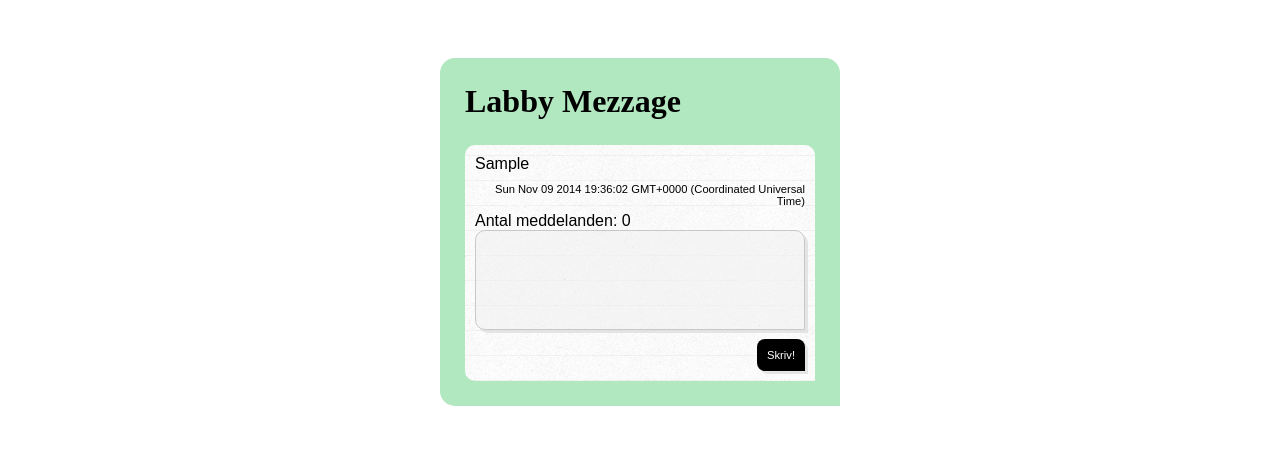
Repository: lw222gu/1dv403-laborationer
Page: 2-labbymezzage/index.html
The author's editor kept a record of every edit. The page is drawn from the files as they stood at one moment, then again after the next edit.
The browser window is 1280 px wide. The pictures show the whole page.
Empty fields were first filled with sample values (such as "Sample", 5 or name@example.com).
After loading, the first visible `#button` was clicked once.
Some web fonts or font styles are not loaded; a fallback is used.

Above is the page before.

### 2-labbymezzage/index.html
<!doctype html>
<html lang = "sv">
    <head>
        <meta charset="utf-8" />
        <meta name="viewport" content="width=device-width, initial-scale=1.0" />
        <title>Labby Mezzage</title>

        <!-- Main CSS -->
        <link rel="stylesheet" href="css/style.css" />

        <!-- Fonts -->
        <link href='//fonts.googleapis.com/css?family=Shadows+Into+Light+Two' rel='stylesheet' type='text/css'>

        <!-- JavaScript -->
        <script src="mainscript.js"></script>
        <script src="message.js"></script>

    </head>

    <body>

        <div id="container">
            <header>
                <h1>Labby Mezzage</h1>
            </header>

            <main>
                <div id="messages">
<!--                <ul>
                        <li>Ett testinlägg för att kunna skriva css:en för listor och listelement.</li>
                        <li>Ett testinlägg för att kunna skriva css:en för listor och listelement.</li>
                    </ul>
-->
                </div>
                <div id="counter"></div>
                <textarea id="textbox"></textarea>
                <input id="button" type="submit" value="Skriv!" />
            </main>
        </div>

    </body>
</html>

### 2-labbymezzage/css/style.css
body {
    font-size: 1em;
    padding-top:50px;
    font-family:Arial, sans-serif;
}

#container {
    max-width: 350px;
    margin: 0 auto 0 auto;
    background-color:#B1E8C0;
    overflow: auto;
    padding:25px;
    border-radius:15px 15px 0px 15px;
}

main {
    width:inherit;
    background-color:#FFF;
    background-image:url(pics/linedpaper.png);
    margin-top:25px;
    padding:10px;
    border-radius:10px 10px 0px 10px;
    overflow:auto;

}

h1 {
    font-family: 'Shadows Into Light Two', cursive;
    color: #000 ;
    margin:0px;
}

ul {
    list-style:none;
    padding-left:0px;
}

li {
    padding:10px;
    font-family: 'Shadows Into Light Two', cursive;
    font-size:1em;
    color:#000;
    background-color:rgba(240, 240, 240, 0.5);
    border-radius:10px 10px 0px 10px;
    box-shadow:3px 3px 0px rgba(220, 220, 220, 0.7);
    margin-bottom: 6px;
}

p {
    margin-top:0px;
    margin-bottom:10px;
}

.datetext {
    font-family:Arial, sans-serif;
    font-size:0.7em;
    text-align:right;
    margin-bottom:5px;
}

#textbox {
    resize:none;
    box-sizing:border-box;
    width: 100%;
    overflow:auto;
    height:100px;
    padding:10px;
    margin-bottom:5px;
    border-width:1px;
    border-color:rgb(200, 200, 200);
    border-style:solid;
    border-radius:10px 10px 0px 10px;
    box-shadow:3px 3px 0px rgba(220, 220, 220, 0.7);
    background-color:rgba(240, 240, 240, 0.5);
}

#button {
    float:right;
    padding:10px;
    border-radius:8px 8px 0px 8px;
    border:none;
    color:#FFF;
    background-color:#000;
    cursor: pointer;
    box-shadow:3px 3px 0px rgba(220, 220, 220, 0.7);
    font-size:0.7em;
}

### 2-labbymezzage/mainscript.js
"use strict";

var mezzageApp = {

    messages: [],

    init: function(e){

        var button = document.querySelector("#button");

        button.onclick = function(){

            var message = document.getElementById("textbox").value;

            var mess = new Message(message, new Date());
            mezzageApp.messages.push(mess);
            console.log(mezzageApp.messages);

            mezzageApp.renderMessages(mezzageApp.messages[mezzageApp.messages.length-1]);

        };

    },


    renderMessages: function(){

        document.getElementById("messages").innerHTML = "";
        var textbox = document.querySelector("#textbox");

        var counter = 0;
        document.getElementById("counter").innerHTML = "Antal meddelanden: " + counter;

        for (var i = 0; i < mezzageApp.messages.length; ++i){
            mezzageApp.renderMessage(i);
            textbox.value = "";
            counter++;
        }

    },


    renderMessage: function(messageID){

        var myMessages = document.getElementById("messages");

        var oneMessage = document.createElement("div");
        oneMessage.className = "message";

        var text = document.createElement("p");
        text.className = "messagetext";

        var date = document.createElement("footer");
        date.className = "datetext";

        text.innerHTML = mezzageApp.messages[messageID].getHTMLText();
        date.innerHTML = mezzageApp.messages[messageID].getDateText();
        oneMessage.appendChild(text);
        oneMessage.appendChild(date);

        myMessages.appendChild(oneMessage);

    },

};

window.onload = mezzageApp.init; //pekar på metoden init som kommer köras när sidan laddats




//            Message.message = document.getElementById("#textbox").value;


//        sendMess.addEventListener("click", function(){
//           var mess = new Message();
//        });

   /*
        var mess = new Message("Testmeddelande", new Date());
        alert(mess);
        alert(mess.getText());
        mess.setText("En annan text att testa");
        alert(mess);

        mezzageApp.messages.push(mess, "Kiwi");
        alert(mezzageApp.messages[1]);
        console.log(mess);
    */




 //Ul istället för div
 /*
            if(!clickedOnce){
                divMessages.appendChild(ul);
                clickedOnce = true;
            }
 */

    /*
            for (mess in mezzageApp.messages){
                var text = document.createElement("p");
                text.className = "messagetext";
                var date = document.createElement("p");
                date.className = "datetext";
                li = document.createElement("li");
                text.innerHTML = mezzageApp.messages[mess].getHTMLText(message);
                date.innerHTML = mezzageApp.messages[mess].getDateText();
                li.appendChild(text);
                li.appendChild(date);
            }

            ul.appendChild(li);
            var textbox = document.querySelector("#textbox");
            textbox.value = "";
 */

### 2-labbymezzage/message.js
"use strict";
/* Message constructor */

function Message(message, date){

    this.getText = function(){
        return message;
    };

    this.setText = function(_text){
        message = _text;
    };

    this.getDate = function(){
        return date;
    };

    this.setDate = function(_date){
        date = _date;
    };
}

Message.prototype.toString = function(){
    // Returnerar objektet som en sträng
    return (this.getText() + " (" + this.getDate() + ")");
};

Message.prototype.getHTMLText = function(){
    // Hämtar texten med \n utbytt mot <br/>
    var text = this.getText().replace(/\n/g, "<br />");
    return text;
};

Message.prototype.getDateText = function(){
    var dateText = this.getDate();
    return dateText;
};

After the next edit:
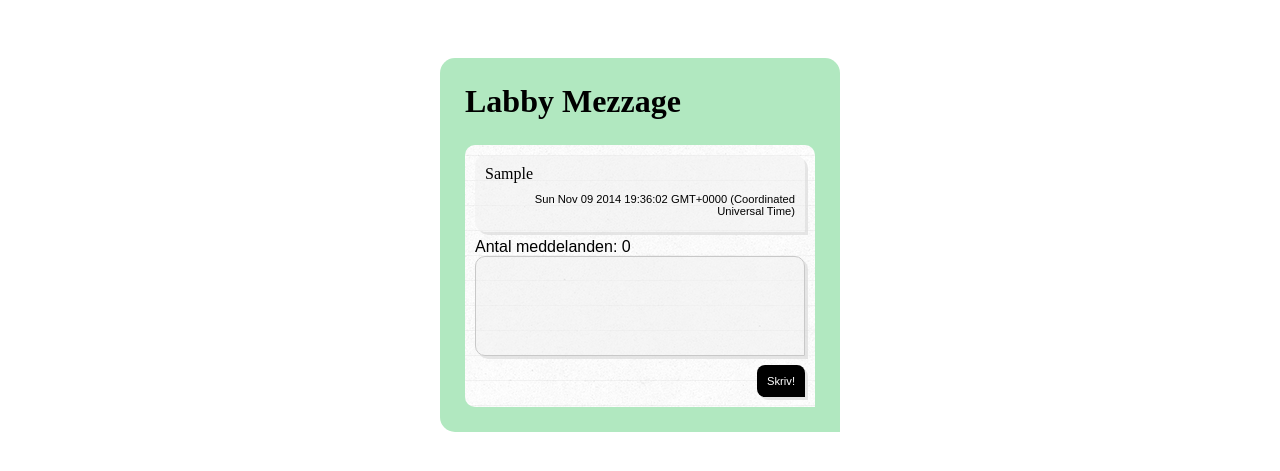
The edit:
--- a/2-labbymezzage/css/style.css
+++ b/2-labbymezzage/css/style.css
@@ -35,7 +35,7 @@
     padding-left:0px;
 }
 
-li {
+.message {
     padding:10px;
     font-family: 'Shadows Into Light Two', cursive;
     font-size:1em;
